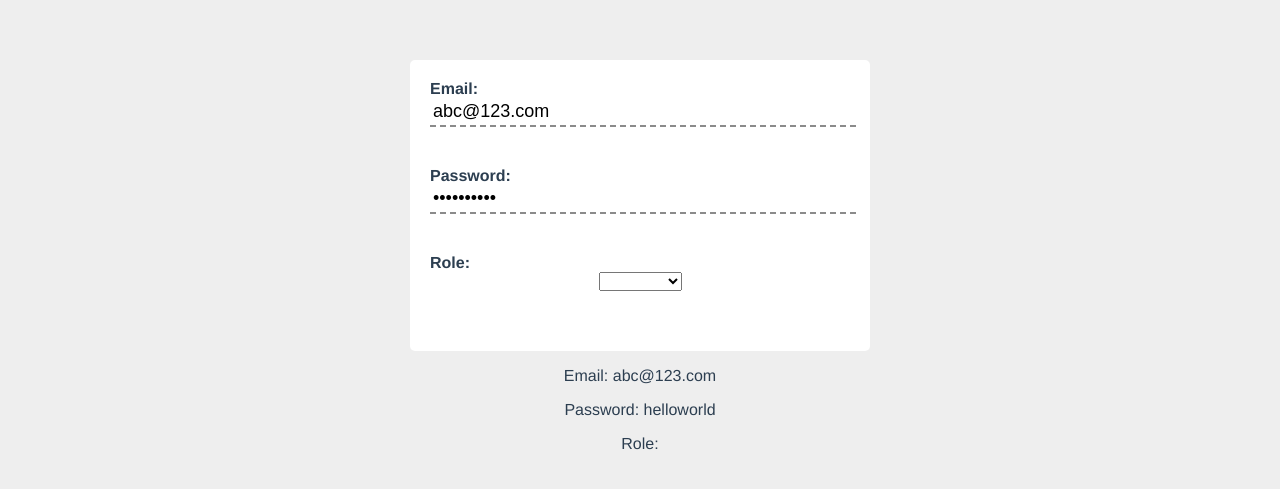
Repository: technogize/vue-forms
Page: /
An editor plug-in stored every save of this project. The page is shown before and after the next save, followed by the edit.
The browser window is 1280 px wide. The pictures show the whole page.
The project was rebuilt for these pictures with package versions that can differ from the ones it lists, and the page was loaded fresh each time.

Above is the page before, as saved 2021-02-26 14:24:07.

After the next save:
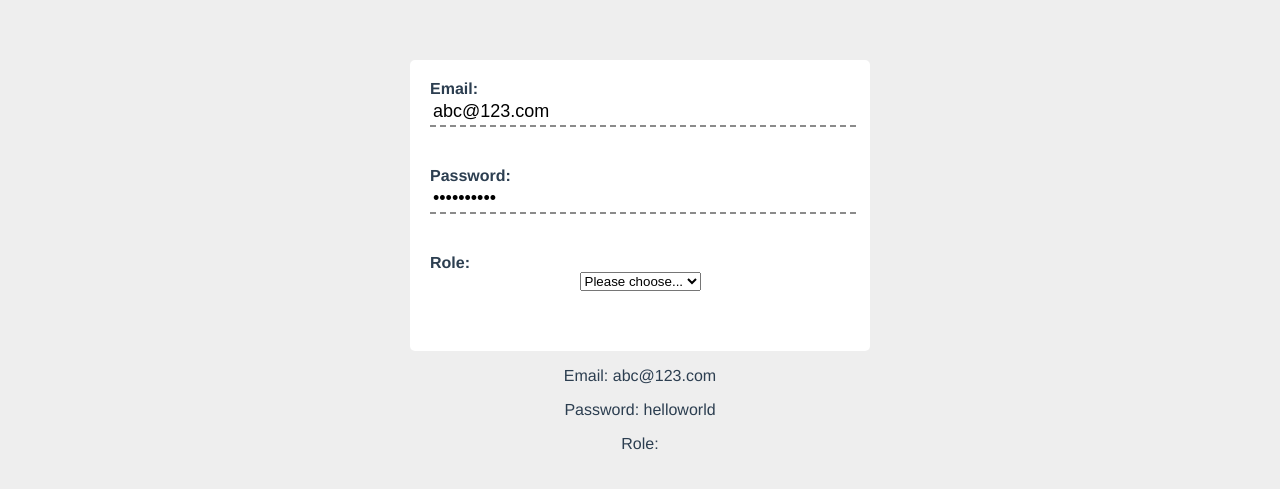
Saved 19 s later.
--- a/src/components/SignupForm.vue
+++ b/src/components/SignupForm.vue
@@ -12,6 +12,7 @@
     <div class="field">
       <label>Role: </label>
       <select v-model="role">
+        <option value="">Please choose...</option>
         <option value="Designer">Designer</option>
         <option value="Developer">Developer</option>
       </select>

After the save that followed:
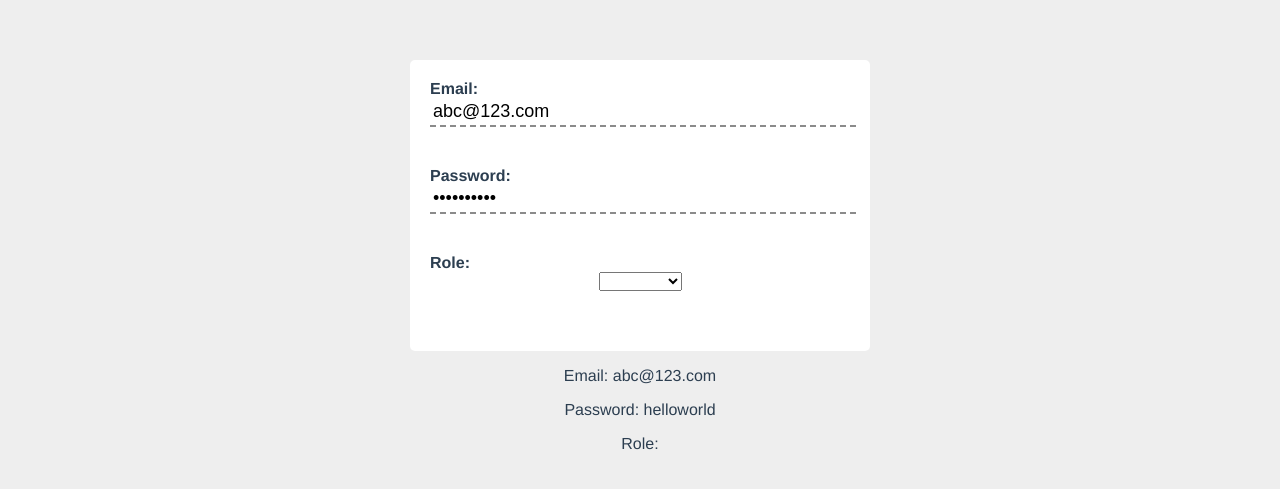
Saved 11 s later.
--- a/src/components/SignupForm.vue
+++ b/src/components/SignupForm.vue
@@ -12,7 +12,6 @@
     <div class="field">
       <label>Role: </label>
       <select v-model="role">
-        <option value="">Please choose...</option>
         <option value="Designer">Designer</option>
         <option value="Developer">Developer</option>
       </select>
